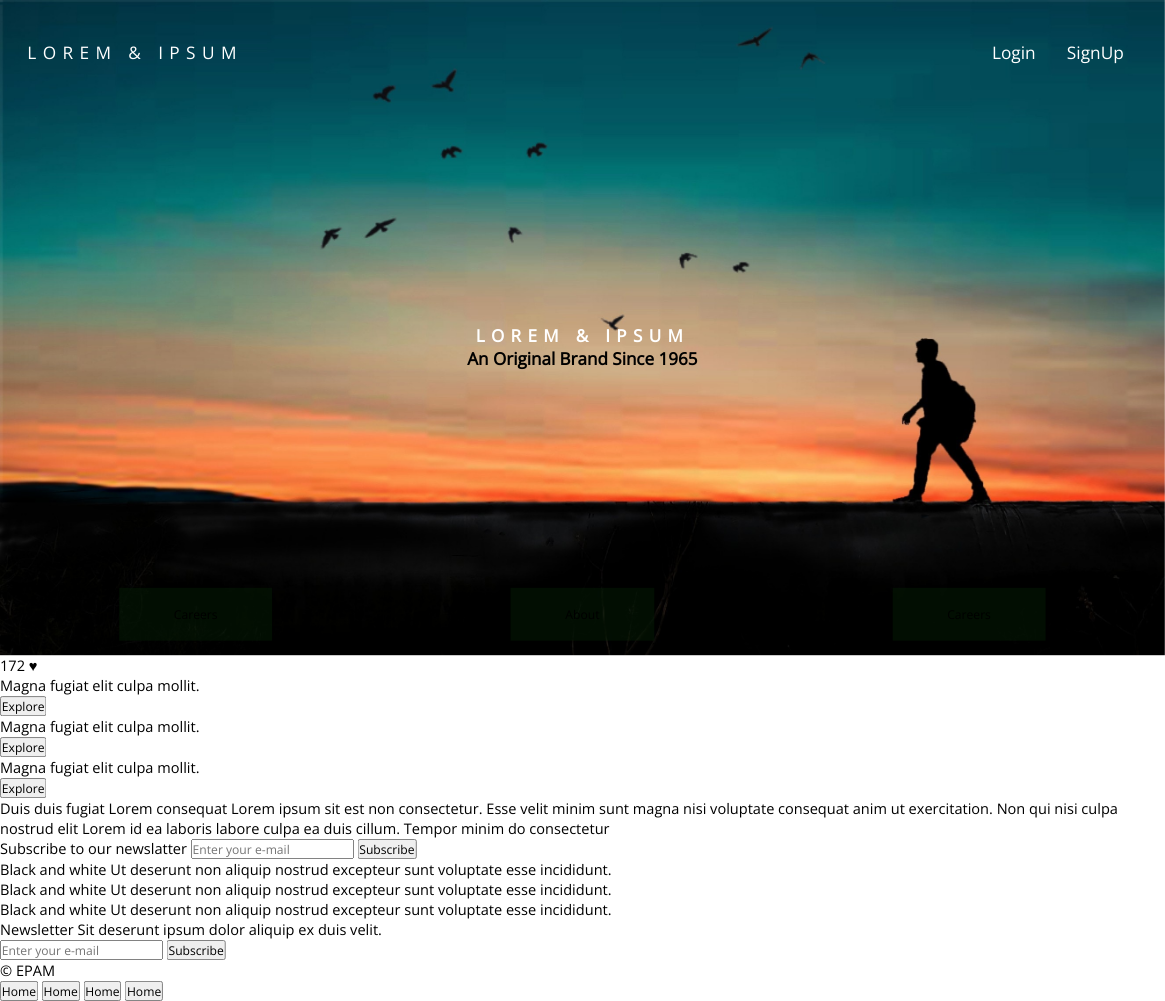
Repository: M1shkaBear/FLX
Page: FLX_homework_4/homework/index.html
These files come from the project's save history. The page is drawn as it stood at one moment and after the next save; the edit follows.
The browser window is 1280 px wide. The pictures show the whole page, at 91% of full size.

Above is the page before, as saved 2019-01-29 22:33:40.

### FLX_homework_4/homework/index.html
<!DOCTYPE html>
<html lang="en">
  <head>
    <meta charset="UTF-8" />
    <meta name="viewport" content="width=device-width, initial-scale=1.0" />
    <meta http-equiv="X-UA-Compatible" content="ie=edge" />
    <title>Document</title>
    <link
      href="https://fonts.googleapis.com/css?family=Open+Sans"
      rel="stylesheet"
    />
    <link href="css/style.css" rel="stylesheet" />
  </head>
  <body>
    <header class="header">
      <section class="topHeader">
        <section class="words">Lorem &amp; ipsum</section>
        <section class="logbuttons">
          <button class="logbtn">Login</button>
          <button class="subtn">SignUp</button>
        </section>
      </section>
      <section class="heads">
        <section class="nameHeader"><h1>Lorem &amp; ipsum</h1></section>
        <section class="addWords">
          <h3>An Original Brand Since 1965</h3>
        </section>
      </section>
      <section class="btnContainer">
        <button class="btns">Careers</button>
        <button class="btns">About</button>
        <button class="btns">Careers</button>
      </section>
    </header>

    <main class="main">
      <article>
        <section class="image">
          <section class="like">172 &hearts;</section>
        </section>
        <section class="column-paragraphs"></section>
      </article>
      <section class="parag-container">
        <section>
          <p>Magna fugiat elit culpa mollit.</p>
          <button class="exploreButton">Explore</button>
        </section>
        <section>
          <p>Magna fugiat elit culpa mollit.</p>
          <button class="exploreButton">Explore</button>
        </section>
        <section>
          <p>Magna fugiat elit culpa mollit.</p>
          <button class="exploreButton">Explore</button>
        </section>
      </section>
      <section class="subscParagraph">
        <section class="parform">
          <p>
            Duis duis fugiat Lorem consequat Lorem ipsum sit est non
            consectetur. Esse velit minim sunt magna nisi voluptate consequat
            anim ut exercitation. Non qui nisi culpa nostrud elit Lorem id ea
            laboris labore culpa ea duis cillum. Tempor minim do consectetur
          </p>
        </section>
        <section class="formforsubs">
          <form class="newslatter">
            <label>Subscribe to our newslatter</label>
            <input
              class="subsig"
              type="email"
              placeholder="Enter your e-mail"
            />
            <button class="subsbtn">Subscribe</button>
          </form>
        </section>
      </section>
    </main>

    <footer class="footer">
      <section class="about">
        <section class="paragraphs">
          <p>
            Black and white Ut deserunt non aliquip nostrud excepteur sunt
            voluptate esse incididunt.
          </p>
          <p>
            Black and white Ut deserunt non aliquip nostrud excepteur sunt
            voluptate esse incididunt.
          </p>
          <p>
            Black and white Ut deserunt non aliquip nostrud excepteur sunt
            voluptate esse incididunt.
          </p>
        </section>
        <section class="news">
          <p>Newsletter Sit deserunt ipsum dolor aliquip ex duis velit.</p>
          <form class="subscribe">
            <input
              class="emailvpiska"
              type="email"
              placeholder="Enter your e-mail"
            />
            <button class="button">Subscribe</button>
          </form>
        </section>
      </section>

      <section class="footer-menu">
        <p>&copy; EPAM</p>

        <section class="footer-navigation">
          <button class="btn">Home</button> <button class="btn">Home</button>
          <button class="btn">Home</button> <button class="btn">Home</button>
        </section>
      </section>
    </footer>
  </body>
</html>

### FLX_homework_4/homework/css/style.css
* {
  padding: 0;
  margin: 0;
  box-sizing: border-box;
  font-family: "Open Sans", sans-serif;
}
.header {
  background-image: url("../img/sample2.jpg");
  background-size: cover;
  height: 100vh;
}
.topHeader {
  display: flex;
  justify-content: space-between;
  align-items: center;
  padding: 30px;
}
.logbtn,
.subtn {
  color: white;
  border: 0px;
  background-color: Transparent;
  cursor: pointer;
  justify-content: space-between;
  font-size: 19px;
  padding: 15px;
}

.words {
  color: white;
  font-size: 19px;
  letter-spacing: 7px;
  text-transform: uppercase;
}
.heads {
  display: flex;
  flex-direction: column;
  align-items: center;
  padding: 240px;
}
.btnContainer {
  display: flex;
  justify-content: space-around;
}
.btns {
  border: 5px;
  cursor: pointer;
  background: rgba(6, 36, 7, 0.39);
  padding: 20px 60px;
}
.nameHeader h1 {
  text-transform: uppercase;
  color: white;
  letter-spacing: 7px;
}

After the next save:
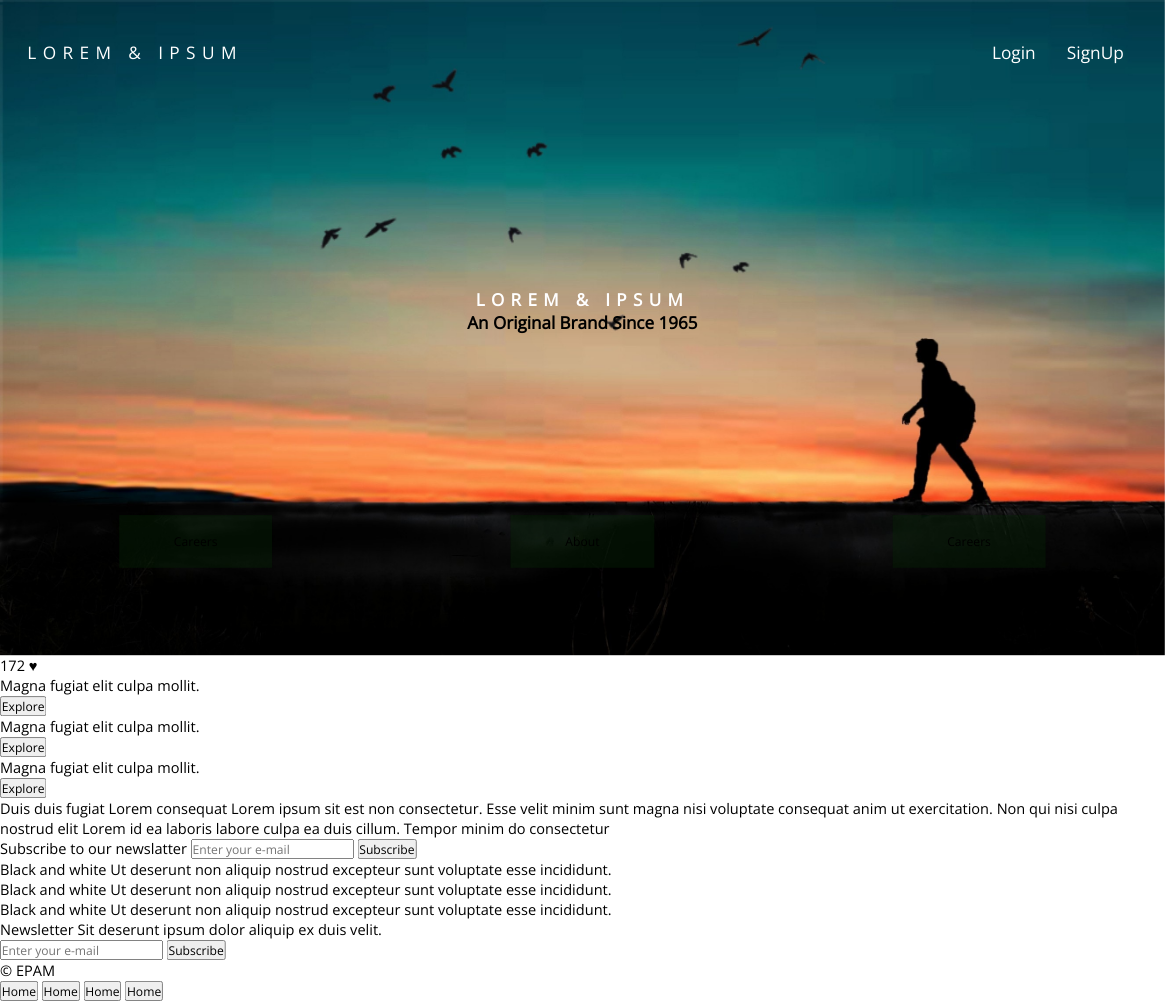
Saved 6 s later.
--- a/FLX_homework_4/homework/css/style.css
+++ b/FLX_homework_4/homework/css/style.css
@@ -36,7 +36,7 @@
   display: flex;
   flex-direction: column;
   align-items: center;
-  padding: 240px;
+  padding: 200px;
 }
 .btnContainer {
   display: flex;
